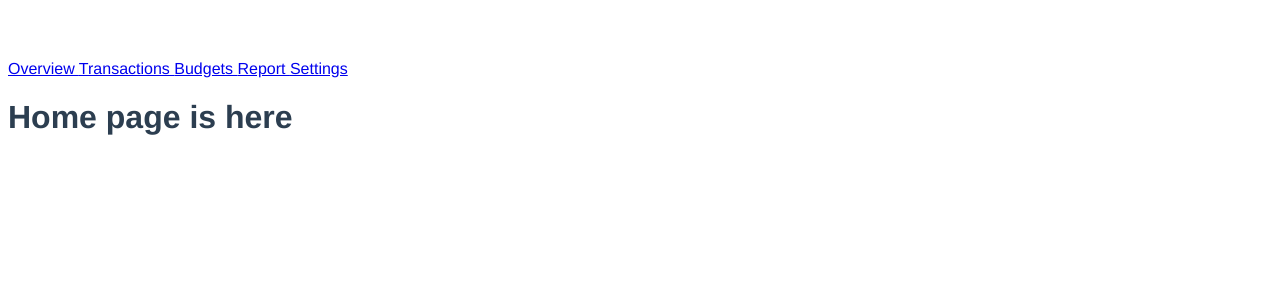
Repository: bxTruong/project7-jsonserver-router
Page: /
An editor plug-in stored every save of this project. The page is shown before and after the next save, followed by the edit.
The browser window is 1280 px wide. The pictures show the whole page.
The project was rebuilt for these pictures with package versions that can differ from the ones it lists, and the page was loaded fresh each time. Also part of the build but not shown: vue.config.js, src/pages/transactions.vue, src/pages/transaction-detail.vue, src/pages/not-found.vue.

Above is the page before, as saved 2023-01-04 16:06:15.

### src/main.js
import { createApp } from 'vue'
import App from './App.vue'
import router from "./router";

createApp(App).use(router).mount('#app')

### src/App.vue
<template>
  <Nav/>
  <router-view/>
</template>

<script>
import Nav from "./components/Nav.vue";

export default {
  name: 'App',
  components: {
    Nav
  }
}
</script>

<style>
#app {
  font-family: Avenir, Helvetica, Arial, sans-serif;
  color: #2c3e50;
  margin-top: 60px;
}
</style>

### src/router.js
import { createRouter, createWebHistory } from "vue-router";
import Home from "./pages/home.vue";
import Transactions from "./pages/transactions.vue";
import TransactionDetail from "./pages/transaction-detail.vue";
import NotFound from "./pages/not-found.vue";

const routes = [
    { path: "/", name: "home-route", component: Home },
    { path: "/transactions", name: "transactions-route", component: Transactions },
    { path: "/transactions/:id", name: "transaction-detail-route", component: TransactionDetail },
    { path: "/ts", name: "ts-route", redirect: "/transactions" },
    { path: '/:pathMatch(.*)*', name: 'not-found', component: NotFound },
]

const router = createRouter({
    history: createWebHistory(process.env.BASE_URL),
    routes
})


export default router;

### src/components/Nav.vue
<template>

    <nav class="nav">
        <router-link :to="{name: 'home-route'}"> Overview </router-link>
        <router-link :to="{name: 'transactions-route'}"> Transactions </router-link>
        <router-link to="/"> Budgets </router-link>
        <router-link to="/"> Report </router-link>
        <router-link to="/"> Settings </router-link>
    </nav>

</template>

### src/pages/home.vue
<template>
    <h1>Home page is here</h1>
</template>

<script>
import func from 'vue-editor-bridge';
export default {
    setup(){
        const firstName="Sky Albert";

        function onChangeSomething(){
            console.log("running here ...");
        }

        return {firstName, onChangeSomething};
    }
}
</script>

Loaded but not shown: public/index.html (common file)

After the next save:
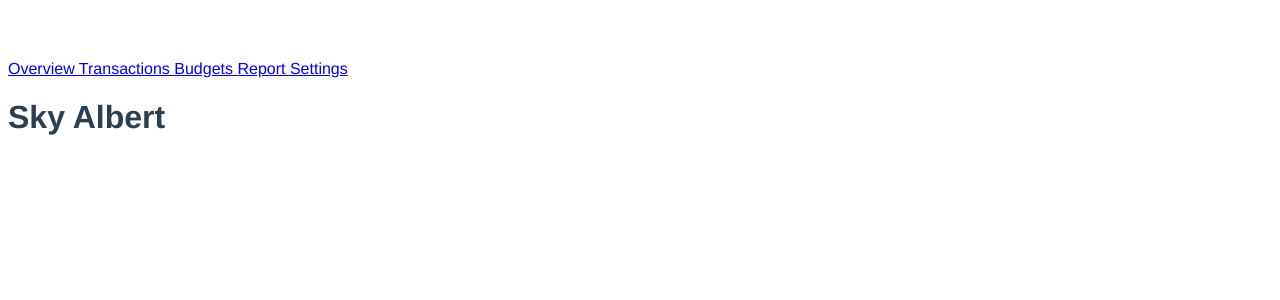
Saved 19 s later.
--- a/src/pages/home.vue
+++ b/src/pages/home.vue
@@ -1,5 +1,5 @@
 <template>
-    <h1>Home page is here</h1>
+    <h1>{{firstName}}</h1>
 </template>
 
 <script>
